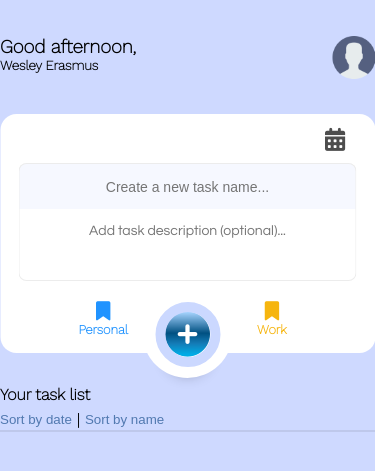
Repository: WesleyErasmus/Todo-App
Page: todoApp.html
An editor plug-in stored every save of this project. The page is shown before and after the next save, followed by the edit.
The browser window is 375 px wide. The pictures show the whole page.
Some web libraries are served in a nearby version.

Above is the page before, as saved 2022-06-25 12:02:02.

### todoApp.html
<!DOCTYPE html>
<html lang="en">

<head>
    <meta charset="UTF-8">
    <meta http-equiv="X-UA-Compatible" content="IE=edge">
    <meta name="viewport" content="width=device-width, initial-scale=1.0">
    <title>Todo App</title>
    <script src="https://kit.fontawesome.com/81ea498f91.js" crossorigin="anonymous"></script>
    <link rel="stylesheet" href="/source/css/todoApp.css">
    <script src="/source/script/todoApp.js" defer></script>
</head>

<body>
    <!-- App wrapper -->
    <main class="app-wrapper">
        <!-- App header -->
        <header>
            <!-- Greeting and Name -->
            <div class="app-heading">
                <h3>Good afternoon, </h3>
                <h5>Wesley Erasmus</h5>
            </div>
            <!-- Profile picture -->
            <div id="profile-picture">
                <img src="/images/user.png" alt="" style="width: 43px;">
            </div>
        </header>

        <!-- Categories section -->
        <section>
            <form id="task-list-form">
                <div class="create-submit">
                    <span class="error-validation-message">Please enter a task title</span>
                    <!-- Task title input -->
                    <input type="text" name="title" id="title" placeholder="Create a new task name..." />
                    <!-- task description textarea -->
                    <textarea name="description" id="description" cols="30" rows="3" placeholder="Add task description (optional)..."></textarea>
                    <!-- Due date calendar icon -->
                    <span class="datePicker-toggle">
                        <span class="datePicker-toggle-button"></span>
                        <input type="date" name="date" class="datePicker-input">
                        <i class="fa-solid fa-calendar-days"></i>
                    </span>
                    <!-- Calendar tooltip message -->
                    <span class="calendar-tooltip">Add a due date</span>

                    <!-- task submit button -->
                    <button id="add-task-btn" type="submit" value="create-new-task">
                        <!-- add task button -->
                        <i class="fa-solid fa-circle-plus"></i>
                    </button>
                    <div class="circle"></div>
                </div>

                <!-- Categories -->
                <div class="category-selectors">
                    <!-- Personal category -->
                    <label class="personal-category-btn">
                        <input type="radio" name="category" value="Personal" class="personal-category"
                            id="personal-category" checked />
                        <i class="fa-solid fa-bookmark"></i>
                        <h4 class="category-h4">Personal</h4>
                    </label>
                    <!-- Work category -->
                    <label class="work-category-btn">
                        <input type="radio" name="category" value="Work" class="work-category" id="work-category" />
                        <i class="fa-solid fa-bookmark"></i>
                        <h4 class="category-h4">Work</h4>
                    </label>
                </div>
                <!-- End of categories div -->
                </div>
            </form>
        </section>

        <!-- Task list is created here, new tasks are outputted below -->
        <section class="todo-list-output">
            <div id="list-header">
                <div>Your task list</div>
            </div>
            <!-- SEARCH BAR AND FILTER SECTION -->
            <div id="search-filter-section">
                <!-- SEARCH BAR -->
                <!-- <form id="search-bar">
                <input type="text"
                id="search-bar"
                placeholder="Search for task...">
                <button type="submit"><i class="fa fa-search"
                id="search-submit-btn"></i></button>
                </form> -->
                <!-- filter dropdown  ***WORK IN PROGRESS*** -->
                <button id="sort-by-date" value="date" onclick="dateSort()">Sort by date</button>
                <p>|</p>
                <button id="sort-by-name" value="name" onclick="nameSort()">Sort by name</button>
            </div>
            <!-- Actual task list output -->
            <div class="task-list" id="task-list">

            </div>
            <!-- End of task list -->
        </section>
    </main> <!-- End of App wrapper -->

</body>

</html>

### source/css/todoApp.css
/* GOOGLE FONT IMPORT */
@import url("https://fonts.googleapis.com/css2?family=Questrial&family=Work+Sans:wght@200&display=swap");

/* MEDIA QUERIES */
/* Mobile screen */
/* @media only screen and (max-width: 400px) {} */
/* Tablet screen */
/* @media only screen and (min-width: 768px) {} */
/* Desktop screen */
/* @media only screen and (min-width: 992px) {} */



/* Imported Font families: */
/* font-family: "Work Sans", sans-serif; */
/* font-family: "Questrial", sans-serif; */

/* >>>>>>>>>>>>>>>>UPDATES CSS ROOT VARIABLES<<<<<<<<<<<<<<< */
/* *** CSS VARIABLES *** */
:root {
  --light-background: #fff;
  --work: #f6b50f;
  --personal: #2093ff;
  /* --placeholder-text: #aeaeaec7; */
  --grey: #a9a9a9;
  --dark-grey: #4d4d4d;

  /* GRADIENT COLORS */
  --primary-gradient: -webkit-linear-gradient(
    top,
    #a7d4ff 0%,
    #005081 47%,
    #147bb6 70%,
    #00abe5 94%,
    #02a8e4 100%
  );
  --background: rgb(206, 217, 255);
  --background-color: radial-gradient(
    circle,
    rgba(206, 217, 255, 1) 0%,
    rgba(195, 207, 251, 1) 50%,
    rgba(235, 238, 249, 1) 100%
  );

  --delete: radial-gradient(
    circle,
    rgb(255, 9, 9) 26%,
    rgba(255, 88, 88, 1) 58%,
    rgb(255, 0, 0) 61%,
    rgba(255, 67, 67, 1) 68%
  );

  /* BOX-SHADOW */
  --box-shadow: rgba(0, 0, 0, 0.05) 0px 6px 24px 0px,
    rgba(0, 0, 0, 0.08) 0px 0px 0px 1px;
  /* TEXT-SHADOW */
  --text-shadows: rgba(0, 0, 0, 0.24) 0px 3px 8px;
}
/* END OF CSS VARIABLES */

/* UNIVERSAL SELECTOR STYLING */
* {
  box-sizing: border-box;
  margin: 0;
  padding: 0;
  list-style: none;
}
/* END OF UNIVERSAL SELECTOR STYLING */

/* RADIO AND CHECKBOX INPUT STYLING */
/* Below removes input and checkbox default styling */
input:not([type="radio"]):not([type="checkbox"]),
button {
  appearance: none;
  border: none;
  outline: none;
  cursor: initial;
  background: none;
}
/* Removes the radio selector */
input[type="radio"] {
  display: none;
}
/* END OF RADIO AND CHECKBOX INPUT STYLING */

/* Removes textarea resize styling */
textarea {
  resize: none;
}

/* UNIVERSAL PLACEHOLDER TEXT STYLING */
::placeholder {
  /* >>>>>>>>>>>Style placeholder text here<<<<<<< */
}

/* UNIVERSAL BUTTON STYLING */
button {
  appearance: none;
  border: none;
  outline: none;
  background: none;
  cursor: initial;
  cursor: pointer;
}

body {
  font-family: "Questrial", sans-serif;
}
/* APP WRAPPER/CONTAINER STYLING */
main {
  position: absolute;
  left: 50%;
  margin-right: -50%;
  transform: translate(-50%);
  background: var(--background);
  background-image: var(--background-color);
  border-radius: 2rem;
  padding: 2rem 2rem 0.5rem 2rem;
  flex: 1 1 0%;
  align-items: center;
  justify-content: center;
  max-width: 550px;
  width: 100%;
  height: auto;
  margin-top: 20px;
}
/* END OF APP WRAPPER/CONTAINER STYLING */

/* Styling for section HTML tags */
section {
  margin-top: 1rem;
  margin-bottom: 2rem;
}

/* Makes mouse cursor change to pointer when hovering over all labels */
label {
  cursor: pointer;
}

/* HEADER STYLING (Greeting, name, and profile image) */
header {
  display: flex;
  justify-content: space-between;
  padding: 1rem 0rem 1rem 0rem;
  border-radius: 1rem;
}

.app-heading {
    font-family: "Work Sans", sans-serif;
}
/* END OF HEADER STYLING */

/* TASK USER INPUTS STYLING */
#task-list-form {
  background-color: var(--light-background);
  border-radius: 1rem;
  padding-top: 1.65rem;
  margin: 0;
}

/* ADD DUE DATE CALENDAR STYLING */
/* Calendar icon positioning */
.datePicker-toggle {
  display: inline-block;
  position: absolute;
  right: 30px;
  top: -20px;
}
/* Removes default date input styling */
.datePicker-input {
  position: absolute;
  left: 0;
  top: 0;
  width: 100%;
  height: 100%;
  opacity: 0;
  cursor: pointer;
  box-sizing: border-box;
}
/* Calendar Tooltip hover styling */
.datePicker-toggle:hover {
  opacity: 0.85;
}
/* Calendar click */
.datePicker-toggle:active {
  transform: translateY(1px);
}
/* Hover over calendar to make tooltip visible */
/* >>>>>>>>>>>>>>>>MAKE AND I information circle icon next to calendar<<<<<<< */
.datePicker-toggle:hover + .calendar-tooltip {
  visibility: visible;
  opacity: 1;
}
.datePicker-input::-webkit-calendar-picker-indicator {
  position: absolute;
  left: 0;
  top: 0;
  width: 100%;
  height: 100%;
  margin: 0;
  padding: 0;
  cursor: pointer;
}
/*Calendar Tooltip styling */
.calendar-tooltip {
  visibility: hidden;
  position: absolute;
  width: 140px;
  height: 30px;
  right: 35px;
  top: -60px;
  font-size: 0.85rem;
  background-color: #f7f9ff;
  color: var(--dark-grey);
  text-align: center;
  padding: 8px 0;
  border-radius: 7px;
  z-index: 1;
  box-shadow: var(--box-shadow);
  /* Tooltip fade effect */
  opacity: 0;
  transition: opacity 0.5s;
}
/* Tooltip styling - adds tooltip arrow */
.calendar-tooltip::after {
  content: "";
  position: absolute;
  top: 100%;
  left: 85%;
  margin-left: -5px;
  border-width: 5px;
  border-style: solid;
  border-color: #d6e0ff transparent transparent transparent;
}
/* Calendar tooltip font styling */
.task-due-date {
  font-size: 0.85rem;
  color: var(--grey);
}
/* END OF DUE DATE CALENDAR STYLING */

/* Container for input fields and the task submit button */
.create-submit {
  position: relative;
  display: flex;
  flex-direction: column;
  justify-content: center;
  align-items: center;
  text-align: center;
  margin-top: 0.5rem;
}
/* Title and description input field */
#title {
  background: rgb(246, 248, 255);
  display: block;
  width: 90%;
  font-size: 14px;
  text-align: center;
  border: 0.1px solid #ececec;
  border-top-left-radius: 0.5rem;
  border-top-right-radius: 0.5rem;
  border-bottom: none;
  padding: 0.9rem 0rem 0.9rem 0rem;
  margin-top: 15px;
}
/* TASK TITLE ERROR MESSAGE IF TITLE IS BLACK / FORM VALIDATION */
/* Error message tooltip styling */
.error-validation-message {
  visibility: hidden;
  position: absolute;
  width: 250px;
  height: 40px;
  right: 180px;
  top: -40px;
  font-size: 0.85rem;
  background-color: #f7f9ff;
  color: var(--dark-grey);
  text-align: center;
  padding: 13px 0;
  border-radius: 7px;
  z-index: 1;
  box-shadow: var(--box-shadow);
  transition: all 1s;
  /* Tooltip fade effect */
  -webkit-animation: fadeinout 8s linear forwards;
  animation: fadeinout 8s linear forwards;
}
/* Keyframes for error message fade out */
@keyframes fadeinout {
  100% { opacity: 0; }
  75% { opacity: 1; }
  50% { opacity: 1; }
  0% { opacity: 1; }
  }
@-webkit-keyframes fadeinout {
100% { opacity: 0; }
75% { opacity: 1; }
50% { opacity: 1; }
0% { opacity: 1; }
}
/*Error message tooltip arrow styling */
.error-validation-message::after {
  content: "";
  position: absolute;
  top: 100%;
  left: 65%;
  margin-left: -5px;
  border-width: 8px;
  border-style: solid;
  border-color: #d6e0ff transparent transparent transparent;
}
/* END OF ERROR MESSAGE STYLING */
#description {
  /* background-color: #ececec4e; */
  text-align: center;
  font-family: "Questrial", sans-serif;
  display: block;
  width: 90%;
  font-size: 14px;
  padding: 0.9rem;
  appearance: none;
  border: 0.1px solid #ececec;
  border-bottom-left-radius: 0.5rem;
  border-bottom-right-radius: 0.5rem;
  border-top: none;
  outline: none;
  cursor: initial;
}

/* Hover */
#title:hover,
#description:hover {
  border-radius: 0.5rem;
  /* background-color: #ececec4e; */
  background-color: #ececec4e;
  /* background: rgb(246, 248, 255); */
  width: 90%;
}
/* Add new task submit button */
#add-task-btn {
  z-index: 10;
  position: absolute;
  display: block;
  margin: 0 auto;
  bottom: -86px;
  color: #ffffff;
  background: var(--primary-gradient);
  -webkit-background-clip: text;
  -webkit-text-fill-color: transparent;
  border: 10px solid #cbd8ff;
  border-radius: 9999px;
  transition: all 0s;
}
/* Hover */
#add-task-btn:hover {
  opacity: 0.75;
  transform: translateY(-1px);
}
/* Click */
#add-task-btn:active {
  transform: translateY(1px);
}
/* Div circle container behind the task submit button */
.circle {
  z-index: -1;
  position: absolute;
  bottom: -142px;
  left: 50%;
  margin-right: -50%;
  transform: translate(-50%, -50%);
  width: 90px;
  height: 90px;
  background-color: var(--light-background);
  border-bottom-left-radius: 100px;
  border-bottom-right-radius: 100px;
  border: none;
  box-shadow: rgba(0, 0, 0, 0.45) 0px 20px 15px -25px;
}
/* Task submit button sizing */
.fa-circle-plus {
  font-size: 45px;
}
/* END OF TODO INPUTS AND SUBMIT BTN STYLING */

/* STYLING FOR CATEGORY BUTTONS, PERSONAL AND WORK */
.category-selectors {
  width: 90%;
  display: flex;
  margin: 0 auto;
  justify-content: center;
  align-items: center;
  border-bottom-left-radius: 1rem;
  border-bottom-right-radius: 1rem;
}
/* Category labels */
.category-selectors label {
  display: flex;
  flex-direction: column;
  justify-content: center;
  align-items: center;
  background-color: var(--light-background);
  padding: 0.75rem 2rem;
  border-radius: 0.5rem;
}
.category-h4 {
  font-family: "Work Sans", sans-serif;
}
/* Label in task-items */
.task-item-label {
  height: 30px;
}

/* Color for personal category button */
.personal-category-btn {
  color: var(--personal);
  border-bottom-left-radius: 1rem;
}
/* Color for work category button */
.work-category-btn {
  color: var(--work);
  border-bottom-right-radius: 1rem;
}
/* Category button styling */
.work-category-btn,
.personal-category-btn {
  font-size: 0.8em;
  width: 100%;
  height: 70px;
  border: none;
  outline: none;
  margin-top: 2px;
  transition: all 0s;
}
/* Click styling */
label.work-category-btn:active {
  transform: translateY(0.5px);
  background-color: #f6b50f3a;
  border-bottom-left-radius: 1rem;
  border-bottom-right-radius: 1rem;
}
/* Click styling */
label.personal-category-btn:active {
  transform: translateY(0.5px);
  background-color: #2093ff2b;
  border-bottom-left-radius: 1rem;
  border-bottom-right-radius: 1rem;
}
/* Hover styling */
.work-category-btn:hover,
.personal-category-btn:hover {
  opacity: 0.75;
  transform: translateY(-1px);
  background-color: #ececec4e;
}
/*END OF STYLING FOR CATEGORY BUTTONS */

/* HEADER FOR TASK LIST */
#list-header {
  font-family: "Work Sans", sans-serif;
  width: 80%;
  display: flex;
  justify-content: space-between;
  margin-bottom: 0;
  font-weight: bold;
  margin-bottom: 0.5rem;
}
/* END HEADER FOR TASK LIST */

/* CONTAINER FOR SEARCH BAR AND SEARCH BUTTONS */
#search-filter-section {
  display: flex;
  margin-bottom: 3px;
}
/* Sort buttons */
#sort-by-date,
#sort-by-name {
  color: #5179b0;
}
/* Hover */
#sort-by-date:hover,
#sort-by-name:hover {
  opacity: 0.75;
  text-decoration: underline;
}
/* Sort buttons margin styling */
#sort-by-date {
  margin-right: 5px;
}
#sort-by-name {
  margin-left: 5px;
}
/* END OF SORT BUTTONS */
/* END OF STYLING FOR SORT BUTTON */

/* >>>>>>>>>>>>REMOVE THIS?<<<<<<<<<<<<<<<<<<<< */
/* SEARCH BAR STYLING */
#search-bar {
  position: relative;
  display: flex;
  justify-content: center;
  align-items: center;
  width: 47%;
}
/* Search bar input field */
#search-bar input {
  display: block;
  width: 100%;
  font-size: 0.9rem;
  padding: 0.5rem 1.5rem;
  padding-right: 0rem;
  background-color: var(--light-background);
  border-radius: 0.5rem;
  margin-bottom: 1rem;
  box-shadow: var(--box-shadow);
}
/* Search submit button */
#search-submit-btn {
  position: absolute;
  display: block;
  right: 0rem;
  top: 0;
  background-color: var(--light-background);
  border-top-left-radius: 0.5rem;
  border-bottom-left-radius: 0.5rem;
  border-top-right-radius: 0.5rem;
  border-bottom-right-radius: 0.5rem;
  padding: 0.53rem;
  color: var(--grey);
}
/*END OF SEARCH BAR STYLING */

/* END OF CONTAINER FOR SEARCH BAR AND SEARCH BUTTONS */

/* TASK LIST WHERE NEW TASKS ARE DISPLAYED */
#task-list {
  border-radius: 1rem;
  background-color: var(--light-background);
  box-shadow: var(--box-shadow);
}
/* Task item styling (styling for each created task*/
#task-list .task-item {
  display: flex;
  justify-content: space-between;
  padding: 1.2rem 1.5rem;
  margin-bottom: 0rem;
  border-bottom: 0.01px solid rgba(229, 225, 225, 0.919);
}
/* Hover */
div.task-item:hover {
  border-radius: 0.5rem;
  background-color: #ececec4e !important;
}
/* Task title font sizing */
input.task-title {
  color: #141823;
  /* color: #5179b0; */
  font-weight: 540;
  font-size: 15px;
  width: 100%;
  margin-bottom: 5px;
}
/* Strike-through for completed tasks ***NOT WORKING ON TASK DESCRIPTION*** */
.task-item.completed .task-content input {
  text-decoration: line-through;
  color: var(--grey);
}
/* Task description styling */
div.task-description {
  display: none;
  max-height: 150px;
  /* >>>>>>>>>> STYLE SCROLL BAR <<<<<<<<<<<< */
  overflow: auto;
  font-size: 14px;
  padding: 6px 3px 5px;
  border-radius: 7px;
  color: #373D3F;
  line-height: 1.1;

}
/*Task content container styling which contains:
Task title, Task description, Show description button */
.task-content {
  width: 100%;
  margin-left: 20px;
}
/* Task item flex display */
.task-content .task-item {
  flex: 1 1 0%;
}
/* Task item styling */
.task-content .task-item .text {
  color: var(--dark-grey);
  width: 100%;
  display: block;
  transition: 0.4s;
}
/* END OF TASK LIST STYLING */

/* EDIT & DELETE BUTTON STYLING */
.edit,
.delete {
  position: relative;
  right: -10px;
  top: -7px;
  transition: all 0.1s;
  cursor: pointer;
  font-size: 0.8rem;
}
/* Edit & delete button container */
.edit-delete {
  display: flex;
  height: 30px;
  flex-direction: row;
  justify-content: flex-start;
}
/* Hover */
.edit:hover,
.delete:hover {
  opacity: 0.75;
}
/* Click */
.edit:active,
.delete:active,
.fa-floppy-disk:active {
  transform: translateY(1px);
}
/* END OF EDIT & DELETE BUTTON STYLING */

/* TASK DESCRIPTION SHOW / HIDE STYLING */
/* Show/hide button styling */
.show-hide-description {
  margin-bottom: 5px;
  font-size: 0.8rem;
  position: relative;
  color: #5179b0;
}
/* Hover */
.show-hide-description:hover {
  opacity: 0.75;
  text-decoration: underline;
}
/* Click */
.show-hide-description:active {
  color: var(--dark-grey);
}
/* END OF TASK DESCRIPTION BUTTON STYLING */

/* FONT-AWESOME ICON STYLING */
/* EDIT BUTTON STYLING */
.fa-pencil {
  font-size: 1.1rem;
  margin: 5px;
  background: rgb(100,134,255);
  background: linear-gradient(90deg, rgb(38, 85, 255) 21%, rgb(75, 114, 255) 39%, rgb(107, 137, 255) 62%, rgb(35, 83, 255) 86%);
  -webkit-background-clip: text;
  -webkit-text-fill-color: transparent;
}
/* DELETE BUTTON STYLING */
.fa-trash {
  font-size: 1.1rem;
  margin: 5px;
  background: var(--delete);
  -webkit-background-clip: text;
  -webkit-text-fill-color: transparent;
}
/* SAVE BUTTON STYLING */
.fa-floppy-disk {
  font-size: 1.1rem;
  margin: 5px;
  background: var(--primary-gradient);
  -webkit-background-clip: text;
  -webkit-text-fill-color: transparent;
}
/* Category bookmark styling (icon color is styled in .personal-category-btn & .work-category-btn) */
.fa-bookmark {
  font-size: 1.2rem;
  margin-top: 3px;
}
/* Calendar icon */
.fa-calendar-days {
  font-size: 23px;
  color: var(--dark-grey);
}
/* END OF FONT-AWESOME BUTTON STYLING */

/* Mobile screen display */
@media only screen and (max-width: 400px) {

  body {
    background: var(--background);
    background-image: var(--background-color);
  }

  main {
    background-image: none;
    background: none;
    border-radius: none;
    padding: 0rem;
    flex: 1 1 0%;
    align-items: center;
    justify-content: center;
    width: 100%;
    height: auto;
    margin-top: 20px;
  }
}

### source/script/todoApp.js
window.addEventListener("load", () => {
  // tasks is set as a global variable making it accessible to other functions.
  tasks = JSON.parse(localStorage.getItem("tasks")) || [];
  // Used || [] to push new tasks to an empty array

  // Declaring to-do-list form where task gets created from user input
  const tasksForm = document.querySelector("#task-list-form");

  tasksForm.addEventListener("submit", (e) => {
    // Used to prevent form from refreshing after submit
    e.preventDefault();

    // const task targets the following elements:
    // the name ="title" value. HTML id="title" input field
    // the name ="description" value. HTML id="description" input field
    // the name ="category" value. HTML labels within the class="category-selectors" radio inputs
    const task = {
      title: e.target.elements.title.value,
      description: e.target.elements.description.value,
      category: e.target.elements.category.value,
      date: e.target.elements.date.value,
      // completed: false will set tasks to unchecked / incomplete when tasks are created
      completed: false,
      // createdAt key creates a date and time stamp for each task
      createdAt: new Date().getTime(),
    };

     // Task title form validation and styling
     if( title.value === "" ) {
      document.querySelector(".error-validation-message").style.visibility="visible";
      document.querySelector("#title").style.border ="1px solid #a9a9a9";
      document.querySelector("#title").style.borderRadius ="0.7rem"
      return false;
   } else {
      document.querySelector(".error-validation-message").style.visibility="hidden";
      document.querySelector("#title").style.border ="none";
   }

    // adds new tasks to the "tasks" array in localStorage
    tasks.unshift(task);

    // sets "tasks" to a string (primitive value - string or number) before adding it to the tasks array in localStorage
    localStorage.setItem("tasks", JSON.stringify(tasks));

    // Resets the Tasks form to clear the task input field and the category radio buttons after the task submit button is clicked.
    e.target.reset();

    printTasksToDOM();
  });

  printTasksToDOM();
});


function printTasksToDOM() {
  const taskList = document.querySelector("#task-list");
  // Below clears each element after creating a tasks
  taskList.innerHTML = "";

  // Using a forEach to loop through each taskItem in the tasks array
  // targeting parameter "task" as a callback function
  tasks.forEach((task) => {

    // <div class="task-item">
    const taskItem = document.createElement("div");
    taskItem.classList.add("task-item");

    // label used to append task input field and category field to task items
    const taskLabel = document.createElement("label");
    // <input type="checkbox" />
    const taskInput = document.createElement("input");
    // <input id="personal-category"> || <input id="work-category">
    const taskCategory = document.createElement("div");
    // <div class="task-content">
    const taskContent = document.createElement("div");
    // <div class="edit-delete">
    const editDeleteContainer = document.createElement("div");
    // < class="edit">
    const editButton = document.createElement("button");
    // <div class="delete">
    const deleteButton = document.createElement("button");
    // <button class="show-hide-description">
    const showDescription = document.createElement("button");
    // <p class="task-description">
    const taskDescription = document.createElement("div");
    const dueDate = document.createElement("div");

    taskInput.type = "checkbox";
    taskInput.checked = task.completed;

    // If statement to delegate task categories
    if (task.category == "Personal") {
      taskCategory.classList.add("personal");
      taskCategory.style.color = "var(--personal)";
    } else {
      taskCategory.classList.add("work");
      taskCategory.style.color = "var(--work)";
    }

    // Adding classes to created HTML elements
    taskLabel.classList.add("task-item-label")
    taskContent.classList.add("task-content");
    editDeleteContainer.classList.add("edit-delete");
    editButton.classList.add("edit");
    deleteButton.classList.add("delete");
    showDescription.classList.add("show-hide-description");
    taskDescription.classList.add("task-description");
    dueDate.classList.add("task-due-date");

    // Adding content to created HTML elements
    deleteButton.innerHTML = `<i class="fa-solid fa-trash"></i>`;
    editButton.innerHTML = `<i class="fa-solid fa-pencil"></i>`;
    taskCategory.innerHTML = `<i class="fa-solid fa-bookmark"></i>`;
    taskContent.innerHTML = `<input type="text" class="task-title" value="${task.title}" readonly>`;
    taskDescription.innerHTML = `${task.description}`;

    showDescription.innerHTML = "Read description";
    dueDate.innerHTML = `${task.date}`;

    // Child elements nested within task-item div
    taskItem.appendChild(taskLabel);
    taskItem.appendChild(taskContent);
    taskItem.appendChild(editDeleteContainer);
    // Child elements nested within the task label
    taskLabel.appendChild(taskInput);
    taskLabel.appendChild(taskCategory);
    // Nesting task-description in task-content
    taskContent.appendChild(taskDescription);
    taskContent.appendChild(showDescription);
    taskContent.appendChild(dueDate);
    // Edit, Delete, show description buttons nested in edit-delete container
    editDeleteContainer.appendChild(editButton);
    editDeleteContainer.appendChild(deleteButton);

    // Below code appends each task item to the task-list class
    taskList.appendChild(taskItem);

    // This if statement adds a HTML class of "completed". Completed tasks are then styled with text-decoration of line-through
    if (task.completed) {
      taskItem.classList.add("completed");
    }

    // Prevents undefined or null due dates from appearing in tasks
    if (dueDate.innerHTML === "") {
      dueDate.innerHTML = "";
    } else {
      dueDate.innerHTML = "Date due: " + "</br>" + `${task.date}`;
    }

    // Below are event listeners linked to the following actions:
    // * Task check box (which gets check after task is completed)
    // * Edit button
    // * Delete button
    // * Show task description button

    // This is a change eventListener to change task from unchecked to checked
    taskInput.addEventListener("change", (e) => {
      task.completed = e.target.checked;
      // storing checked / unchecked status of tasks to JSON localStorage
      localStorage.setItem("tasks", JSON.stringify(tasks));

      if (task.completed) {
        taskItem.classList.add("completed");
      } else {
        taskItem.classList.remove("completed");
      }
      printTasksToDOM();
    });

    // Edit button click event listener
    editButton.addEventListener("click", (e) => {
      //changes the edit icon to a save icon when clicked
      editButton.innerHTML = `<i class="fa-solid fa-floppy-disk"></i>`;
      // targets the task title input field
      const taskInput = taskContent.querySelector("input");
      // removes the readonly attribute allowing text to be edited
      taskInput.removeAttribute("readonly");
      // focus() shows that the text is now editable
      taskInput.focus();
      // Changes text color when readonly has been removed
      taskInput.style.color = "#5179b0";
      // addeventlistener 'blur' will stop editing when clicking outside of input field
      taskInput.addEventListener("blur", (e) => {
        taskInput.setAttribute("readonly", true);
        task.title = e.target.value;
        localStorage.setItem("tasks", JSON.stringify(tasks));
        printTasksToDOM();
      });
    });

    // SHOW & HIDE TASK DESCRIPTION

    //Won't display "read description button if there is no description"
    if (taskDescription.innerHTML === "") {
      showDescription.innerHTML = "";
    }
    // If statement to show and hide task description
    showDescription.addEventListener("click", (e) => {
      if (taskDescription.style.display === "block") {
        // shrink content
        showDescription.innerHTML = "Read description";
        taskDescription.style.display = "none";
      } else {
        // expand content
        taskDescription.style.display = "block";
        showDescription.innerHTML = "Hide description";
      }
    });

    // Event listener set to delete task on click
    deleteButton.addEventListener("click", (e) => {
      // using filter method to remove task.
      tasks = tasks.filter((i) => i != task);
      localStorage.setItem("tasks", JSON.stringify(tasks));
      printTasksToDOM();
    });


    // SORT BY ALPHABET & DATE ***WORK IN PROGRESS***
    // Sort alphabetically

  });

}
// Sort by date function using onclick
function dateSort() {
  const sortedByDate = tasks.sort((a, b) => a.createdAt - b.createdAt)
  console.log(sortedByDate);
  document.getElementById("task-list").innerHTML = sortedByDate;
}

// *** SORTING METHODS ***
// const sortedTasks = task.sort((a, b) => b.date - a.date)
// Slice protects the original array
// const sortedTasks = task.slice().sort((a, b) => b.date - a.date)
// tasks.sort(function(a, b) {
//   let dateA = new Date(a.date), dateB = new Date(b.date)
//   return dateA - dateB
// });
// console.log(tasks)

// tasks.sort((a,b) => new Date(b.date) - new Date(a.date));

// tasks.sort((a,b)=>a.getTime()-b.getTime());

After the next save:
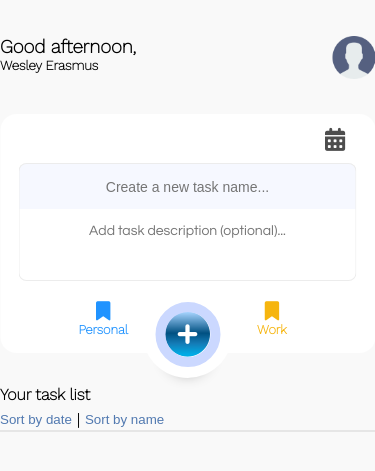
Saved 24 s later.
--- a/source/css/todoApp.css
+++ b/source/css/todoApp.css
@@ -687,8 +687,9 @@ Task title, Task description, Show description button */
 @media only screen and (max-width: 400px) {
 
   body {
-    background: var(--background);
-    background-image: var(--background-color);
+    /* background: var(--background);
+    background-image: var(--background-color); */
+    background-color: #ececec4e;
   }
 
   main {
